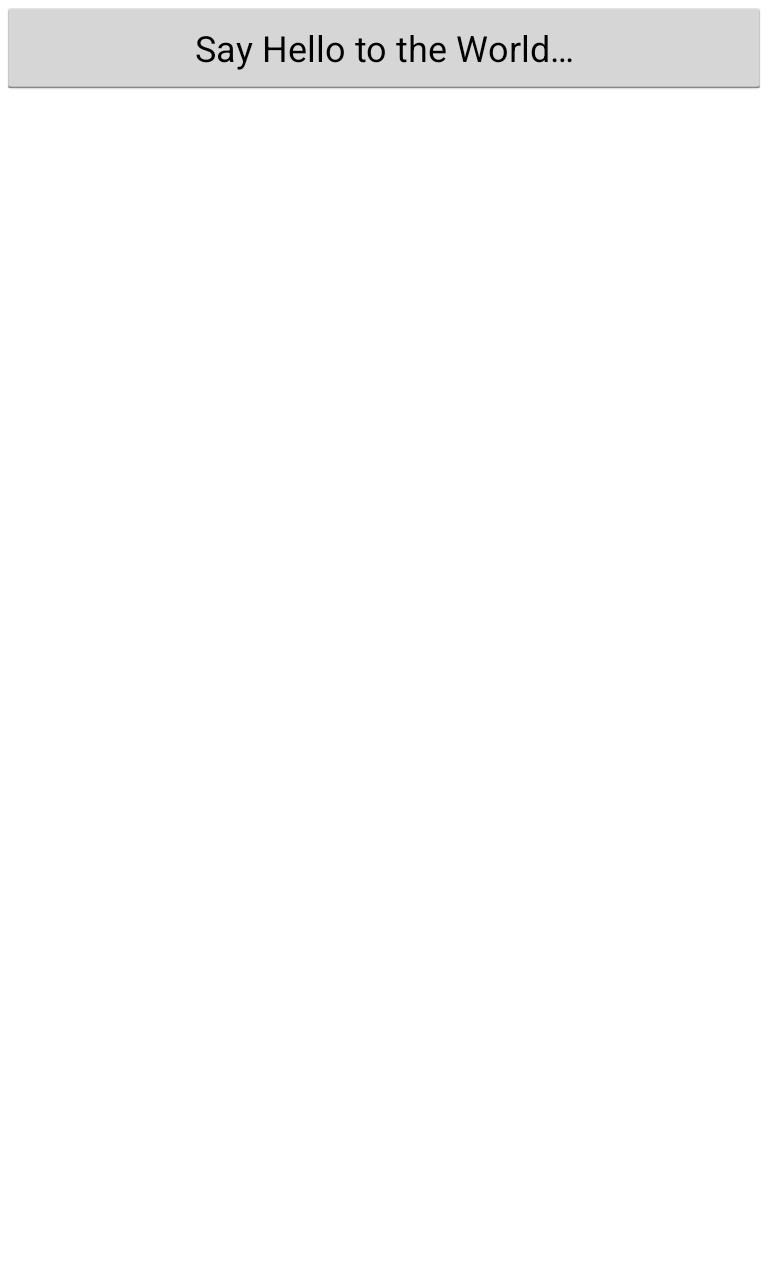
Repository: lnplnp/wifi-scheduler
Layout: WIFIScheduler/res/layout/activity_main.xml
The author's editor kept a copy of each file at every save. The layout is drawn from the files as they stood at one save, then again after the next save.
It is drawn on a 768 x 1280 px phone screen (xhdpi) without system bars, with theme AppTheme; the app's code is not run. The app's manifest (not shown) leaves right-to-left support off. So textAlignment, textDirection and layoutDirection are ignored, and left and right values win over start and end ones.

Above is the layout before, as saved 2013-01-04 13:59:27.

### WIFIScheduler/res/layout/activity_main.xml
<RelativeLayout xmlns:android="http://schemas.android.com/apk/res/android"
    xmlns:tools="http://schemas.android.com/tools"
    android:layout_width="match_parent"
    android:layout_height="match_parent"
    android:gravity="top"
    tools:context=".MainActivity" >

    <TextView
        android:id="@+id/textViewHelloWorld"
        android:layout_width="match_parent"
        android:layout_height="wrap_content"
        android:layout_centerInParent="true"
        android:text="@string/hello_world"
        android:textAlignment="center"
        android:textStyle="normal"
        android:visibility="gone" />

    <Button
        android:id="@+id/buttonSayHello"
        android:layout_width="match_parent"
        android:layout_height="wrap_content"
        android:layout_alignParentLeft="true"
        android:layout_alignParentRight="true"
        android:layout_alignParentTop="true"
        android:text="@string/say_hello" />

</RelativeLayout>

### WIFIScheduler/res/values/strings.xml
<?xml version="1.0" encoding="utf-8"?>
<resources>

    <string name="app_name">WIFI Scheduler</string>
    <string name="hello_world">Hello world!</string>
    <string name="menu_settings">Settings</string>
    <string name="say_hello">Say Hello to the World&#8230;</string>

</resources>

Loaded but not shown: WIFIScheduler/res/values/styles.xml (common file); WIFIScheduler/res/values-v11/styles.xml (common file); WIFIScheduler/res/values-v14/styles.xml (common file)

After the next save:
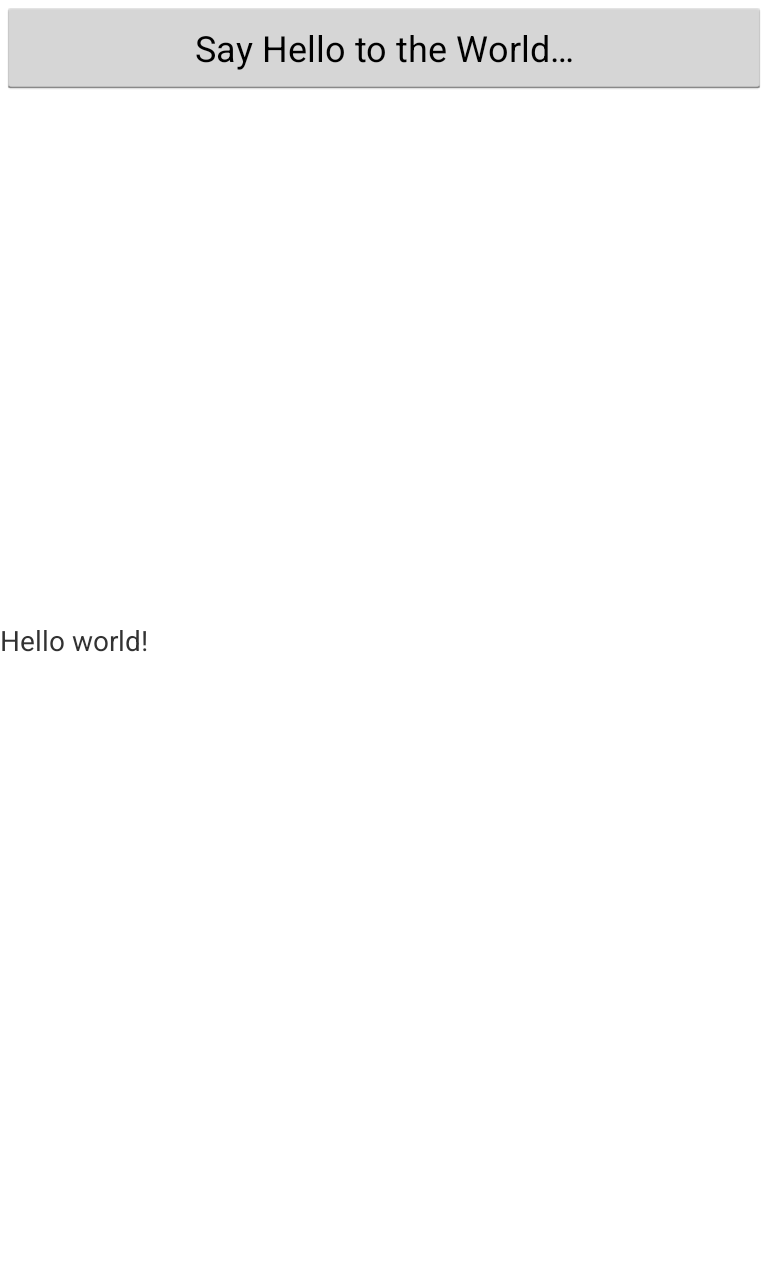
Saved 9 min 47 s later.
--- a/WIFIScheduler/res/layout/activity_main.xml
+++ b/WIFIScheduler/res/layout/activity_main.xml
@@ -11,17 +11,15 @@
         android:layout_height="wrap_content"
         android:layout_centerInParent="true"
         android:text="@string/hello_world"
-        android:textAlignment="center"
         android:textStyle="normal"
-        android:visibility="gone" />
+        android:visibility="visible" />
 
     <Button
         android:id="@+id/buttonSayHello"
         android:layout_width="match_parent"
         android:layout_height="wrap_content"
-        android:layout_alignParentLeft="true"
-        android:layout_alignParentRight="true"
         android:layout_alignParentTop="true"
+        android:layout_centerHorizontal="true"
         android:text="@string/say_hello" />
 
 </RelativeLayout>
